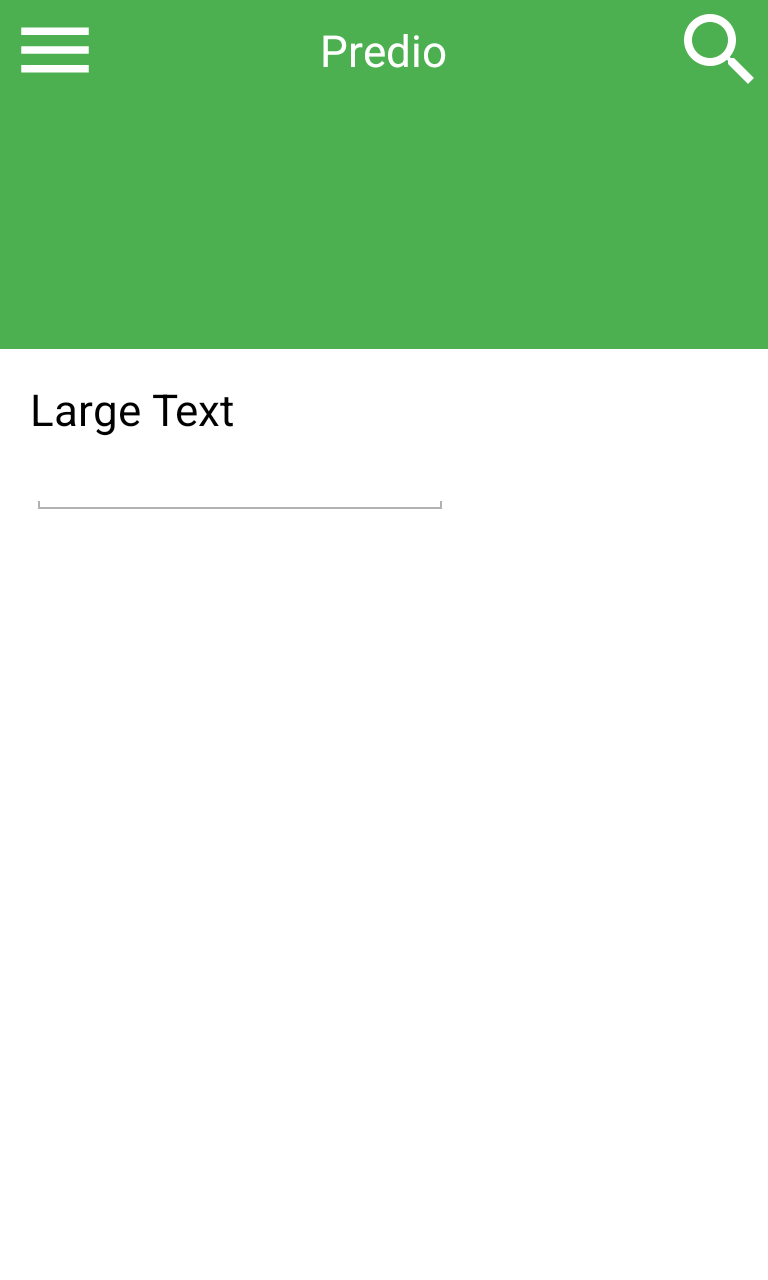
Repository: danielctf/Chilterra
Layout: Proyectos/Animales/res/layout/activity_baja_ganado.xml
These files come from the project's save history. The layout is drawn as it stood at one moment and after the next save; the edit follows.
It is drawn on a 768 x 1280 px phone screen (xhdpi) without system bars, with theme AppTheme; the app's code is not run.

Above is the layout before, as saved 2015-10-09 14:39:36.

After the next save:
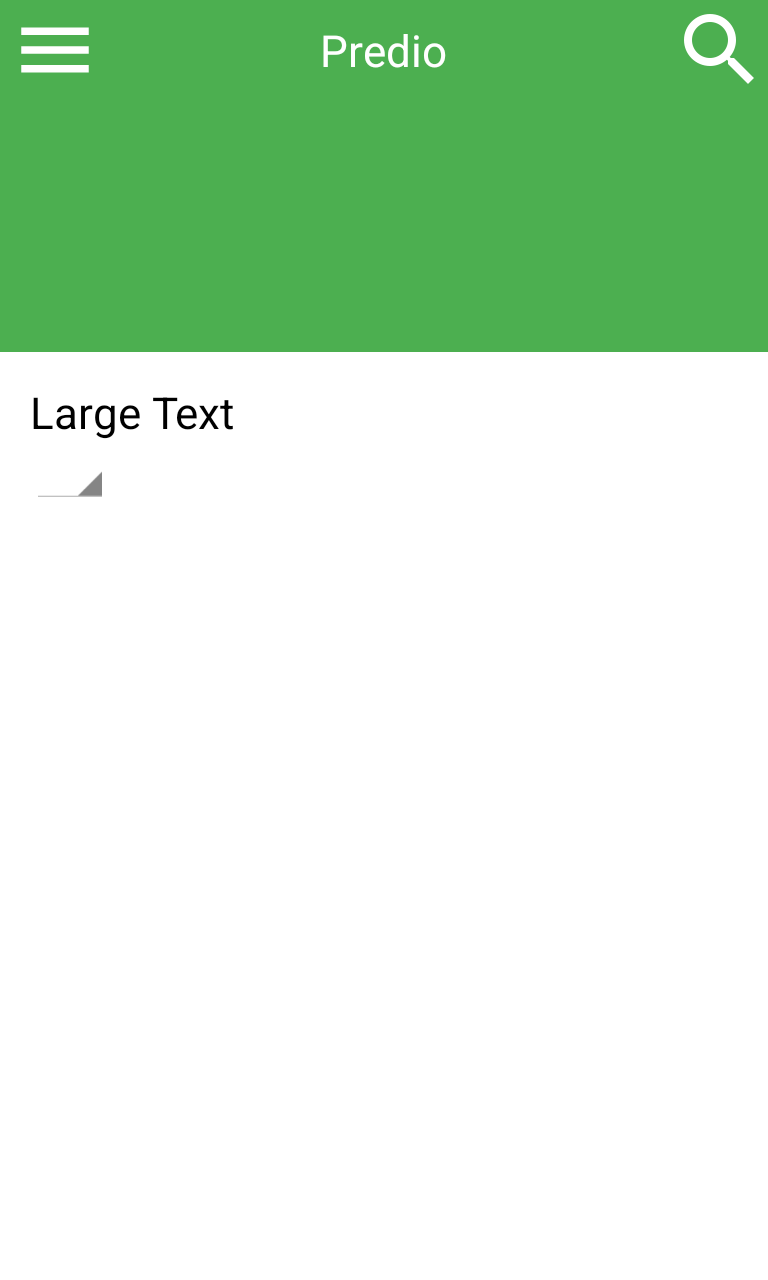
Saved 65 s later.
--- a/Proyectos/Animales/res/layout/activity_baja_ganado.xml
+++ b/Proyectos/Animales/res/layout/activity_baja_ganado.xml
@@ -73,14 +73,12 @@
             android:text="Large Text"
             android:textAppearance="?android:attr/textAppearanceLarge" />
 
-        <EditText
-            android:id="@+id/editText1"
-            android:layout_width="wrap_content"
+        <Spinner
+            android:id="@+id/spinner1"
+            android:layout_width="40dp"
             android:layout_height="wrap_content"
             android:layout_alignLeft="@+id/textView1"
-            android:layout_below="@+id/textView1"
-
-            android:ems="10" />
+            android:layout_below="@+id/textView1" />
 
     </RelativeLayout>
 
